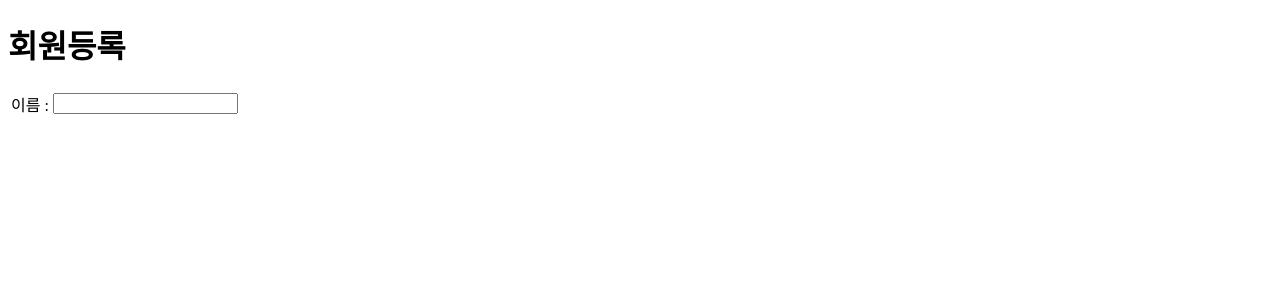
Repository: Seonhanbit/dev
Page: work_servlet_jsp/MemberProject/WebContent/RegisterMem.html
These files come from the project's save history. The page is drawn as it stood at one moment and after the next save; the edit follows.
The browser window is 1280 px wide. The pictures show the whole page.

Above is the page before, as saved 2019-09-17 00:17:15.

### work_servlet_jsp/MemberProject/WebContent/RegisterMem.html
<!DOCTYPE html>
<html>
<head>
<meta charset="UTF-8">
<title>회원 등록</title>
</head>
<body>
<h1>회원등록</h1>
<form action="#" method="post">
<table>
	<tr><td>이름 : </td><td><input type="text" name="pname"></td></tr>
</table>
</form>
</body>
</html>

After the next save:
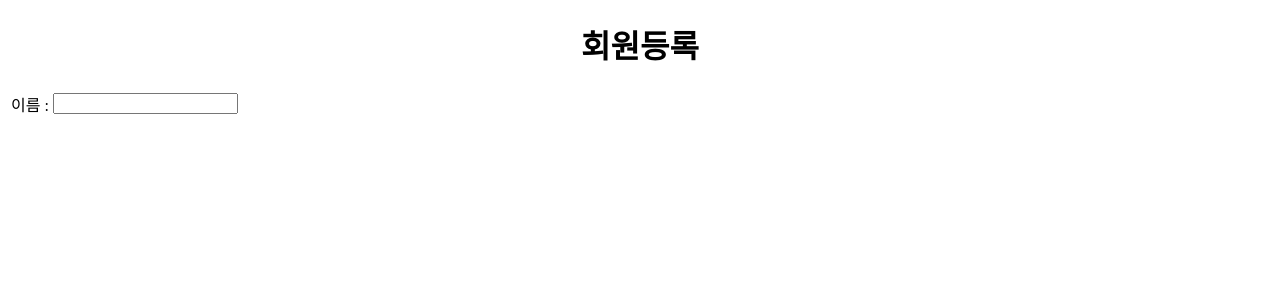
Saved 12 s later.
--- a/work_servlet_jsp/MemberProject/WebContent/RegisterMem.html
+++ b/work_servlet_jsp/MemberProject/WebContent/RegisterMem.html
@@ -5,7 +5,7 @@
 <title>회원 등록</title>
 </head>
 <body>
-<h1>회원등록</h1>
+<h1 align="center">회원등록</h1>
 <form action="#" method="post">
 <table>
 	<tr><td>이름 : </td><td><input type="text" name="pname"></td></tr>
